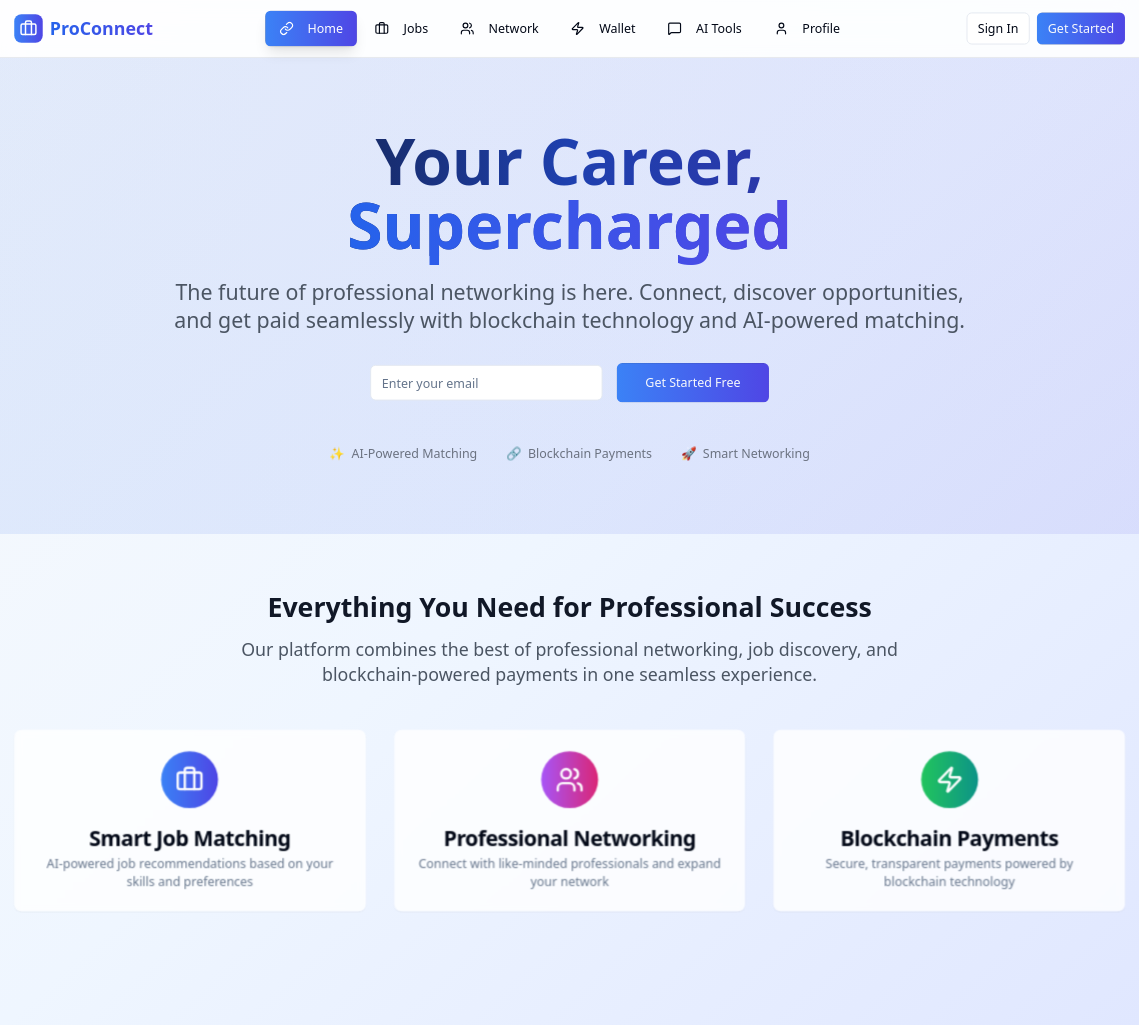
Repository: anjalikumari2207/connect-career-future
Page: / (app in client/)
These files come from the project's save history. The page is drawn as it stood at one moment and after the next save; the edit follows.
The browser window is 1280 px wide. The pictures show the whole page, at 89% of full size.
The project was rebuilt for these pictures with package versions that can differ from the ones it lists, and the page was loaded fresh each time. Also part of the build but not shown: client/vite.config.ts, client/src/components/ui/tooltip.tsx, client/src/components/ui/badge.tsx, client/src/components/ui/avatar.tsx, client/src/components/JobFeed.tsx, client/src/pages/NetworkingSection.tsx, client/src/pages/NotFound.tsx, client/src/api/axios.ts and 6 more. Imported but missing from the stored project, and not drawn on this page: client/src/components/AIFeatures, client/src/components/WalletConnect.

Above is the page before, as saved 2025-07-07 21:49:50.

### client/index.html

<!DOCTYPE html>
<html lang="en">
  <head>
    <meta charset="UTF-8" />
    <meta name="viewport" content="width=device-width, initial-scale=1.0" />
    <title>ProConnect - Professional Networking & Job Platform</title>
    <meta name="description" content="AI-powered professional networking and job platform with blockchain payments. Connect, discover opportunities, and grow your career." />
    <meta name="author" content="ProConnect" />

    <meta property="og:title" content="ProConnect - Professional Networking & Job Platform" />
    <meta property="og:description" content="AI-powered professional networking and job platform with blockchain payments. Connect, discover opportunities, and grow your career." />
    <meta property="og:type" content="website" />
    <meta property="og:image" content="https://lovable.dev/opengraph-image-p98pqg.png" />

    <meta name="twitter:card" content="summary_large_image" />
    <meta name="twitter:site" content="@proconnect_dev" />
    <meta name="twitter:image" content="https://lovable.dev/opengraph-image-p98pqg.png" />
  </head>

  <body>
    <div id="root"></div>
    <script type="module" src="/src/main.tsx"></script>
  </body>
</html>

### client/src/App.tsx
import { Toaster } from "@/components/ui/toaster";
import { Toaster as Sonner } from "@/components/ui/sonner";
import { TooltipProvider } from "@/components/ui/tooltip";
import { QueryClient, QueryClientProvider } from "@tanstack/react-query";
import { BrowserRouter, Routes, Route } from "react-router-dom";
import Index from "./pages/Index";
import NotFound from "./pages/NotFound";
import AuthPage from "@/pages/AuthPage";
import ProfilePage from "@/pages/ProfilePage";
import PostJob from "@/pages/PostJob";


const queryClient = new QueryClient();

const App = () => (
  <QueryClientProvider client={queryClient}>
    <TooltipProvider>
      <Toaster />
      <Sonner />
      <BrowserRouter>
        <Routes>
  <Route path="/" element={<Index />} />

  {/* ✅ Add this line to enable /auth route */}
  <Route path="/auth" element={<AuthPage onLogin={(user) => console.log("Logged in:", user)} />} />
  <Route path="/post-job" element={<PostJob />} />
  <Route path="/profile" element={<ProfilePage />} />
  <Route path="*" element={<NotFound />} />
</Routes>

      </BrowserRouter>
    </TooltipProvider>
  </QueryClientProvider>
);

export default App;

### client/src/components/ui/toaster.tsx
import { useToast } from "@/hooks/use-toast"
import {
  Toast,
  ToastClose,
  ToastDescription,
  ToastProvider,
  ToastTitle,
  ToastViewport,
} from "@/components/ui/toast"

export function Toaster() {
  const { toasts } = useToast()

  return (
    <ToastProvider>
      {toasts.map(function ({ id, title, description, action, ...props }) {
        return (
          <Toast key={id} {...props}>
            <div className="grid gap-1">
              {title && <ToastTitle>{title}</ToastTitle>}
              {description && (
                <ToastDescription>{description}</ToastDescription>
              )}
            </div>
            {action}
            <ToastClose />
          </Toast>
        )
      })}
      <ToastViewport />
    </ToastProvider>
  )
}

### client/src/components/ui/sonner.tsx
import { useTheme } from "next-themes"
import { Toaster as Sonner, toast } from "sonner"

type ToasterProps = React.ComponentProps<typeof Sonner>

const Toaster = ({ ...props }: ToasterProps) => {
  const { theme = "system" } = useTheme()

  return (
    <Sonner
      theme={theme as ToasterProps["theme"]}
      className="toaster group"
      toastOptions={{
        classNames: {
          toast:
            "group toast group-[.toaster]:bg-background group-[.toaster]:text-foreground group-[.toaster]:border-border group-[.toaster]:shadow-lg",
          description: "group-[.toast]:text-muted-foreground",
          actionButton:
            "group-[.toast]:bg-primary group-[.toast]:text-primary-foreground",
          cancelButton:
            "group-[.toast]:bg-muted group-[.toast]:text-muted-foreground",
        },
      }}
      {...props}
    />
  )
}

export { Toaster, toast }

### client/src/components/ui/toast.tsx
import * as React from "react"
import * as ToastPrimitives from "@radix-ui/react-toast"
import { cva, type VariantProps } from "class-variance-authority"
import { X } from "lucide-react"

import { cn } from "@/lib/utils"

const ToastProvider = ToastPrimitives.Provider

const ToastViewport = React.forwardRef<
  React.ElementRef<typeof ToastPrimitives.Viewport>,
  React.ComponentPropsWithoutRef<typeof ToastPrimitives.Viewport>
>(({ className, ...props }, ref) => (
  <ToastPrimitives.Viewport
    ref={ref}
    className={cn(
      "fixed top-0 z-[100] flex max-h-screen w-full flex-col-reverse p-4 sm:bottom-0 sm:right-0 sm:top-auto sm:flex-col md:max-w-[420px]",
      className
    )}
    {...props}
  />
))
ToastViewport.displayName = ToastPrimitives.Viewport.displayName

const toastVariants = cva(
  "group pointer-events-auto relative flex w-full items-center justify-between space-x-4 overflow-hidden rounded-md border p-6 pr-8 shadow-lg transition-all data-[swipe=cancel]:translate-x-0 data-[swipe=end]:translate-x-[var(--radix-toast-swipe-end-x)] data-[swipe=move]:translate-x-[var(--radix-toast-swipe-move-x)] data-[swipe=move]:transition-none data-[state=open]:animate-in data-[state=closed]:animate-out data-[swipe=end]:animate-out data-[state=closed]:fade-out-80 data-[state=closed]:slide-out-to-right-full data-[state=open]:slide-in-from-top-full data-[state=open]:sm:slide-in-from-bottom-full",
  {
    variants: {
      variant: {
        default: "border bg-background text-foreground",
        destructive:
          "destructive group border-destructive bg-destructive text-destructive-foreground",
      },
    },
    defaultVariants: {
      variant: "default",
    },
  }
)

const Toast = React.forwardRef<
  React.ElementRef<typeof ToastPrimitives.Root>,
  React.ComponentPropsWithoutRef<typeof ToastPrimitives.Root> &
    VariantProps<typeof toastVariants>
>(({ className, variant, ...props }, ref) => {
  return (
    <ToastPrimitives.Root
      ref={ref}
      className={cn(toastVariants({ variant }), className)}
      {...props}
    />
  )
})
Toast.displayName = ToastPrimitives.Root.displayName

const ToastAction = React.forwardRef<
  React.ElementRef<typeof ToastPrimitives.Action>,
  React.ComponentPropsWithoutRef<typeof ToastPrimitives.Action>
>(({ className, ...props }, ref) => (
  <ToastPrimitives.Action
    ref={ref}
    className={cn(
      "inline-flex h-8 shrink-0 items-center justify-center rounded-md border bg-transparent px-3 text-sm font-medium ring-offset-background transition-colors hover:bg-secondary focus:outline-none focus:ring-2 focus:ring-ring focus:ring-offset-2 disabled:pointer-events-none disabled:opacity-50 group-[.destructive]:border-muted/40 group-[.destructive]:hover:border-destructive/30 group-[.destructive]:hover:bg-destructive group-[.destructive]:hover:text-destructive-foreground group-[.destructive]:focus:ring-destructive",
      className
    )}
    {...props}
  />
))
ToastAction.displayName = ToastPrimitives.Action.displayName

const ToastClose = React.forwardRef<
  React.ElementRef<typeof ToastPrimitives.Close>,
  React.ComponentPropsWithoutRef<typeof ToastPrimitives.Close>
>(({ className, ...props }, ref) => (
  <ToastPrimitives.Close
    ref={ref}
    className={cn(
      "absolute right-2 top-2 rounded-md p-1 text-foreground/50 opacity-0 transition-opacity hover:text-foreground focus:opacity-100 focus:outline-none focus:ring-2 group-hover:opacity-100 group-[.destructive]:text-red-300 group-[.destructive]:hover:text-red-50 group-[.destructive]:focus:ring-red-400 group-[.destructive]:focus:ring-offset-red-600",
      className
    )}
    toast-close=""
    {...props}
  >
    <X className="h-4 w-4" />
  </ToastPrimitives.Close>
))
ToastClose.displayName = ToastPrimitives.Close.displayName

const ToastTitle = React.forwardRef<
  React.ElementRef<typeof ToastPrimitives.Title>,
  React.ComponentPropsWithoutRef<typeof ToastPrimitives.Title>
>(({ className, ...props }, ref) => (
  <ToastPrimitives.Title
    ref={ref}
    className={cn("text-sm font-semibold", className)}
    {...props}
  />
))
ToastTitle.displayName = ToastPrimitives.Title.displayName

const ToastDescription = React.forwardRef<
  React.ElementRef<typeof ToastPrimitives.Description>,
  React.ComponentPropsWithoutRef<typeof ToastPrimitives.Description>
>(({ className, ...props }, ref) => (
  <ToastPrimitives.Description
    ref={ref}
    className={cn("text-sm opacity-90", className)}
    {...props}
  />
))
ToastDescription.displayName = ToastPrimitives.Description.displayName

type ToastProps = React.ComponentPropsWithoutRef<typeof Toast>

type ToastActionElement = React.ReactElement<typeof ToastAction>

export {
  type ToastProps,
  type ToastActionElement,
  ToastProvider,
  ToastViewport,
  Toast,
  ToastTitle,
  ToastDescription,
  ToastClose,
  ToastAction,
}

### client/src/components/ui/card.tsx
import * as React from "react"

import { cn } from "@/lib/utils"

const Card = React.forwardRef<
  HTMLDivElement,
  React.HTMLAttributes<HTMLDivElement>
>(({ className, ...props }, ref) => (
  <div
    ref={ref}
    className={cn(
      "rounded-lg border bg-card text-card-foreground shadow-sm",
      className
    )}
    {...props}
  />
))
Card.displayName = "Card"

const CardHeader = React.forwardRef<
  HTMLDivElement,
  React.HTMLAttributes<HTMLDivElement>
>(({ className, ...props }, ref) => (
  <div
    ref={ref}
    className={cn("flex flex-col space-y-1.5 p-6", className)}
    {...props}
  />
))
CardHeader.displayName = "CardHeader"

const CardTitle = React.forwardRef<
  HTMLParagraphElement,
  React.HTMLAttributes<HTMLHeadingElement>
>(({ className, ...props }, ref) => (
  <h3
    ref={ref}
    className={cn(
      "text-2xl font-semibold leading-none tracking-tight",
      className
    )}
    {...props}
  />
))
CardTitle.displayName = "CardTitle"

const CardDescription = React.forwardRef<
  HTMLParagraphElement,
  React.HTMLAttributes<HTMLParagraphElement>
>(({ className, ...props }, ref) => (
  <p
    ref={ref}
    className={cn("text-sm text-muted-foreground", className)}
    {...props}
  />
))
CardDescription.displayName = "CardDescription"

const CardContent = React.forwardRef<
  HTMLDivElement,
  React.HTMLAttributes<HTMLDivElement>
>(({ className, ...props }, ref) => (
  <div ref={ref} className={cn("p-6 pt-0", className)} {...props} />
))
CardContent.displayName = "CardContent"

const CardFooter = React.forwardRef<
  HTMLDivElement,
  React.HTMLAttributes<HTMLDivElement>
>(({ className, ...props }, ref) => (
  <div
    ref={ref}
    className={cn("flex items-center p-6 pt-0", className)}
    {...props}
  />
))
CardFooter.displayName = "CardFooter"

export { Card, CardHeader, CardFooter, CardTitle, CardDescription, CardContent }

### client/src/components/ui/button.tsx
import * as React from "react"
import { Slot } from "@radix-ui/react-slot"
import { cva, type VariantProps } from "class-variance-authority"

import { cn } from "@/lib/utils"

const buttonVariants = cva(
  "inline-flex items-center justify-center gap-2 whitespace-nowrap rounded-md text-sm font-medium ring-offset-background transition-colors focus-visible:outline-none focus-visible:ring-2 focus-visible:ring-ring focus-visible:ring-offset-2 disabled:pointer-events-none disabled:opacity-50 [&_svg]:pointer-events-none [&_svg]:size-4 [&_svg]:shrink-0",
  {
    variants: {
      variant: {
        default: "bg-primary text-primary-foreground hover:bg-primary/90",
        destructive:
          "bg-destructive text-destructive-foreground hover:bg-destructive/90",
        outline:
          "border border-input bg-background hover:bg-accent hover:text-accent-foreground",
        secondary:
          "bg-secondary text-secondary-foreground hover:bg-secondary/80",
        ghost: "hover:bg-accent hover:text-accent-foreground",
        link: "text-primary underline-offset-4 hover:underline",
      },
      size: {
        default: "h-10 px-4 py-2",
        sm: "h-9 rounded-md px-3",
        lg: "h-11 rounded-md px-8",
        icon: "h-10 w-10",
      },
    },
    defaultVariants: {
      variant: "default",
      size: "default",
    },
  }
)

export interface ButtonProps
  extends React.ButtonHTMLAttributes<HTMLButtonElement>,
    VariantProps<typeof buttonVariants> {
  asChild?: boolean
}

const Button = React.forwardRef<HTMLButtonElement, ButtonProps>(
  ({ className, variant, size, asChild = false, ...props }, ref) => {
    const Comp = asChild ? Slot : "button"
    return (
      <Comp
        className={cn(buttonVariants({ variant, size, className }))}
        ref={ref}
        {...props}
      />
    )
  }
)
Button.displayName = "Button"

export { Button, buttonVariants }

### client/src/components/Navigation.tsx

import { Button } from "@/components/ui/button";
import { Briefcase, Users, Zap, User, MessageSquare, Link } from "lucide-react";

interface NavigationProps {
  currentSection: string;
  onSectionChange: (section: string) => void;
}

const Navigation = ({ currentSection, onSectionChange }: NavigationProps) => {
  const navItems = [
    { id: "home", label: "Home", icon: Link },
    { id: "jobs", label: "Jobs", icon: Briefcase },
    { id: "network", label: "Network", icon: Users },
    { id: "wallet", label: "Wallet", icon: Zap },
    { id: "ai", label: "AI Tools", icon: MessageSquare },
    { id: "profile", label: "Profile", icon: User },
  ];

  return (
    <nav className="fixed top-0 left-0 right-0 z-50 bg-white/80 backdrop-blur-md border-b border-gray-200">
      <div className="max-w-7xl mx-auto px-4">
        <div className="flex items-center justify-between h-16">
          <div className="flex items-center space-x-2">
            <div className="w-8 h-8 bg-gradient-to-r from-blue-500 to-indigo-600 rounded-lg flex items-center justify-center">
              <Briefcase className="w-5 h-5 text-white" />
            </div>
            <h1 className="text-xl font-bold bg-gradient-to-r from-blue-600 to-indigo-600 bg-clip-text text-transparent">
              ProConnect
            </h1>
          </div>

          <div className="hidden md:flex items-center space-x-1">
            {navItems.map((item) => {
              const Icon = item.icon;
              return (
                <Button
                  key={item.id}
                  variant={currentSection === item.id ? "default" : "ghost"}
                  onClick={() => onSectionChange(item.id)}
                  className={`transition-all duration-200 ${
                    currentSection === item.id
                      ? "bg-gradient-to-r from-blue-500 to-indigo-600 text-white shadow-lg"
                      : "hover:bg-blue-50"
                  }`}
                >
                  <Icon className="w-4 h-4 mr-2" />
                  {item.label}
                </Button>
              );
            })}
          </div>

          <div className="flex items-center space-x-2">
            <Button variant="outline" size="sm">Sign In</Button>
            <Button size="sm" className="bg-gradient-to-r from-blue-500 to-indigo-600 hover:from-blue-600 hover:to-indigo-700">
              Get Started
            </Button>
          </div>
        </div>
      </div>
    </nav>
  );
};

export default Navigation;

### client/src/components/HeroSection.tsx
import { useNavigate } from "react-router-dom";
import { Button } from "@/components/ui/button";
import { Input } from "@/components/ui/input";
import { useState } from "react";

interface HeroSectionProps {
  onGetStarted: () => void;
}

const HeroSection = ({ onGetStarted }: HeroSectionProps) => {
  const [email, setEmail] = useState("");
  const navigate = useNavigate();


  return (
    <section className="relative py-20 px-4 overflow-hidden">
      <div className="absolute inset-0 bg-gradient-to-r from-blue-600/10 to-indigo-600/10"></div>
      <div className="relative max-w-7xl mx-auto text-center">
        <div className="max-w-4xl mx-auto">
          <h1 className="text-5xl md:text-7xl font-bold mb-6 bg-gradient-to-r from-gray-900 via-blue-800 to-indigo-800 bg-clip-text text-transparent leading-tight">
            Your Career,
            <br />
            <span className="bg-gradient-to-r from-blue-600 to-indigo-600 bg-clip-text text-transparent">
              Supercharged
            </span>
          </h1>

          <p className="text-xl md:text-2xl text-gray-600 mb-8 leading-relaxed">
            The future of professional networking is here. Connect, discover opportunities,
            and get paid seamlessly with blockchain technology and AI-powered matching.
          </p>

          <div className="flex flex-col sm:flex-row gap-4 justify-center items-center mb-12 max-w-md mx-auto">
            <Input
              type="email"
              placeholder="Enter your email"
              value={email}
              onChange={(e) => setEmail(e.target.value)}
              className="flex-1"
            />
            <Button
              onClick={onGetStarted}
              size="lg"
              className="bg-gradient-to-r from-blue-500 to-indigo-600 hover:from-blue-600 hover:to-indigo-700 px-8 whitespace-nowrap"
            >
              Get Started Free
            </Button>
          </div>

          <div className="flex flex-wrap justify-center gap-8 text-sm text-gray-500">
            <div className="flex items-center gap-2">
              ✨ <span>AI-Powered Matching</span>
            </div>
            <div className="flex items-center gap-2">
              🔗 <span>Blockchain Payments</span>
            </div>
            <div className="flex items-center gap-2">
              🚀 <span>Smart Networking</span>
            </div>
          </div>
        </div>
      </div>
    </section>
  );
};

export default HeroSection;

### client/src/components/ui/input.tsx
import * as React from "react"

import { cn } from "@/lib/utils"

const Input = React.forwardRef<HTMLInputElement, React.ComponentProps<"input">>(
  ({ className, type, ...props }, ref) => {
    return (
      <input
        type={type}
        className={cn(
          "flex h-10 w-full rounded-md border border-input bg-background px-3 py-2 text-base ring-offset-background file:border-0 file:bg-transparent file:text-sm file:font-medium file:text-foreground placeholder:text-muted-foreground focus-visible:outline-none focus-visible:ring-2 focus-visible:ring-ring focus-visible:ring-offset-2 disabled:cursor-not-allowed disabled:opacity-50 md:text-sm",
          className
        )}
        ref={ref}
        {...props}
      />
    )
  }
)
Input.displayName = "Input"

export { Input }

Loaded but not shown: client/src/main.tsx (common file); client/src/index.css (common file); client/src/hooks/use-toast.ts (common file); client/src/lib/utils.ts (common file); client/tailwind.config.ts (common file); client/src/pages/Index.tsx (132 lines, source omitted)

After the next save:
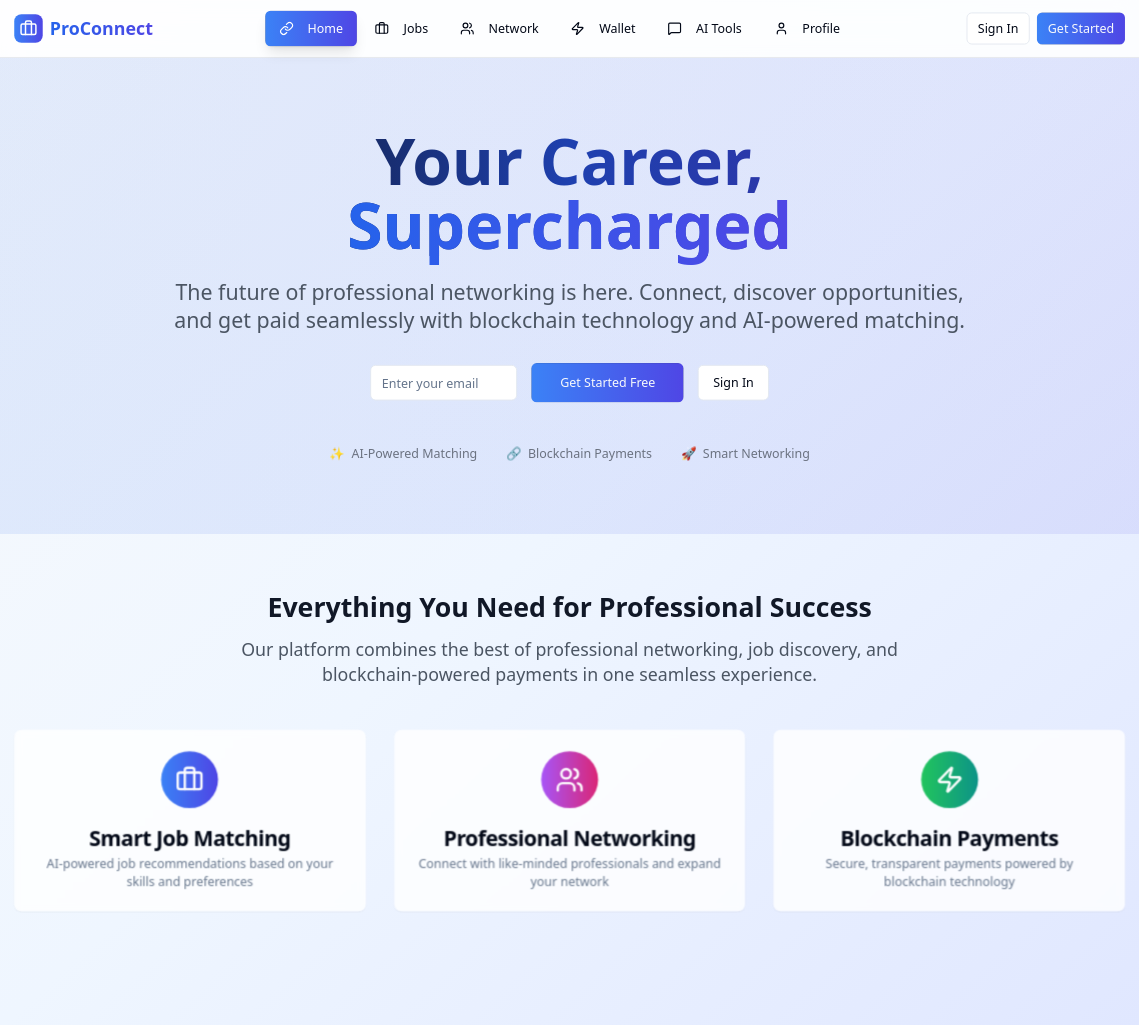
Saved 78 s later.
--- a/client/src/components/HeroSection.tsx
+++ b/client/src/components/HeroSection.tsx
@@ -45,6 +45,13 @@ const HeroSection = ({ onGetStarted }: HeroSectionProps) => {
             >
               Get Started Free
             </Button>
+            <Button
+              variant="outline"
+              onClick={() => navigate("/auth?mode=login")}
+            >
+              Sign In
+             </Button>
+
           </div>
 
           <div className="flex flex-wrap justify-center gap-8 text-sm text-gray-500">
